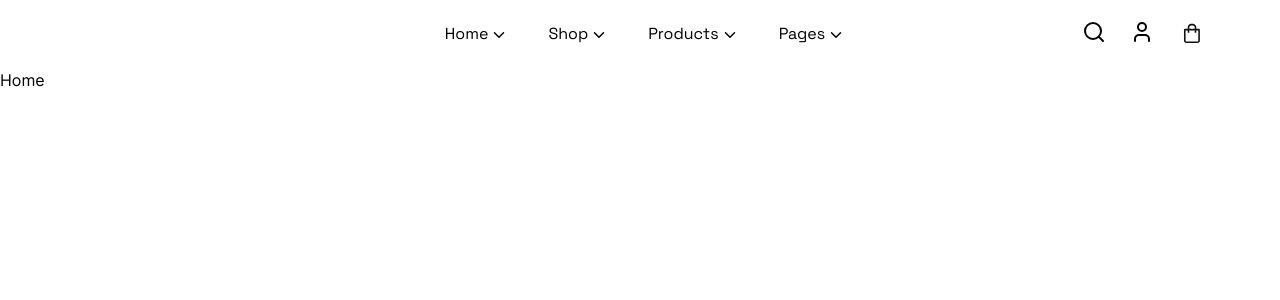
Repository: abdulmalikyusuf/HNG11-Stage02
Page: /
The author's editor kept a copy of each file at every save. The page is drawn from the files as they stood at one save, then again after the next save.
The browser window is 1280 px wide. The pictures show the whole page.
The project was rebuilt for these pictures with package versions that can differ from the ones it lists, and the page was loaded fresh each time. Also part of the build but not shown: vite.config.ts.

Above is the page before, as saved 2024-07-07 15:32:26.

### index.html
<!DOCTYPE html>
<html lang="en">
  <head>
    <meta charset="UTF-8" />
    <!-- <link rel="icon" type="image/svg+xml" href="/vite.svg" /> -->
    <meta name="viewport" content="width=device-width, initial-scale=1.0" />
    <title>Pearch E-Commerce App</title>
  </head>
  <body>
    <div id="root"></div>
    <script type="module" src="/src/main.tsx"></script>
  </body>
</html>

### src/App.tsx
import { createBrowserRouter, RouterProvider } from "react-router-dom";

import RootLayout from "@/routes/root";
import "./App.css";

const router = createBrowserRouter([
  {
    path: "/",
    element: <RootLayout />,
    // errorElement: <ErrorPage />,
    children: [
      {
        index: true,
        element: <p>Home</p>,
      },
      {
        path: "cart",
        element: <p>Cart</p>,
      },
      {
        path: "checkout",
        element: <p>Checkout</p>,
      },
    ],
  },
]);

function App() {
  return <RouterProvider router={router} />;
}

export default App;

### src/index.css
:root {
  font-family: Inter, system-ui, Avenir, Helvetica, Arial, sans-serif;
  line-height: 1.5;
  font-weight: 400;

  color-scheme: light dark;
  /* color: rgba(255, 255, 255, 0.87);
  background-color: #242424; */

  font-synthesis: none;
  text-rendering: optimizeLegibility;
  -webkit-font-smoothing: antialiased;
  -moz-osx-font-smoothing: grayscale;
}
@font-face {
  font-family: Inter;
  src: url(fonts/Inter.ttf) format("truetype");
}
@font-face {
  font-family: SpaceGrotesk;
  src: url(fonts/SpaceGrotesk.ttf) format("truetype");
}

### src/routes/root.tsx
import Header from "@/components/header";
import { Outlet } from "react-router-dom";

function RootLayout() {
  return (
    <>
      <Header />
      <Outlet />
      {/* <div className="flow-root">
        <Footer />
      </div> */}
    </>
  );
}

export default RootLayout;

### src/components/header.tsx
import { cn } from "@/lib/utils";
import { Icons } from "@/components/icons";
import { Link } from "react-router-dom";
import { CartButton } from "./cart-button";

function Header() {
  return (
    <header
      className={cn(
        "h-[46px] md:h-[68px] relative flex items-center justify-between px-4 md:px-[52px]",
        "bg-white border-transparent text-black-900 [--logo-fill:#121212]"
      )}
    >
      <div className="flex items-center justify-center gap-3 md:gap-6">
        <button type="button" className="md:hidden">
          <Icons.hamburgerMenu className="size-[26px] md:size-7" />
        </button>
        <Link to="/" className="w-[114px] md:w-[156px] h-[22px] md:h-[30px]">
          <span className=""></span>
        </Link>
      </div>
      <div className="hidden md:flex justify-center">
        <ul className="flex gap-10">
          {["Home", "Shop", "Products", "Pages"].map((menu) => (
            <li key={menu}>
              <span
                className={cn(
                  "flex items-center justify-center w-fit hover:border-b font-space-grotesk transition-colors focus-visible:outline-none focus-visible:ring-1 focus-visible:ring-ring disabled:pointer-events-none",
                  "gap-0.5 button-xs",
                  "text-black-900 hover:text-black-400 disabled:text-black-700"
                )}
              >
                {menu}{" "}
                <Icons.chevronDown
                  className="size-[18px] relative top-[1px] transition-transform duration-200 ease-in group-data-[state=open]:-rotate-180"
                  aria-hidden
                />
              </span>
            </li>
          ))}

          {/* <NavigationMenu.Link
                  className={cn(
                    "hover:border-b font-space-grotesk transition-colors focus-visible:outline-none focus-visible:ring-1 focus-visible:ring-ring disabled:pointer-events-none",
                    "gap-0.5 button-xs",
                    "text-black-900 hover:text-black-400 disabled:text-black-700"
                  )}
                  href="https://github.com/radix-ui"
                >
                  {menu.title}{" "}
                </NavigationMenu.Link> */}
        </ul>
      </div>
      <div className="flex gap-5 items-center">
        <button type="button" className="hidden md:inline-flex size-7">
          <Icons.search className="" />
        </button>
        <button className="hidden md:inline-flex size-7">
          <Icons.user className="" />
        </button>
        <CartButton numOfItems={2} />
      </div>
    </header>
  );
}

export default Header;

### src/lib/utils.ts
import { type ClassValue, clsx } from "clsx";
import { twMerge } from "tailwind-merge";

export function cn(...inputs: ClassValue[]) {
	return twMerge(clsx(inputs));
}
export function formatPrice(
	price: number | string,
	currency: "USD" | "EUR" | "GBP" | "BDT" = "USD",
	notation: "compact" | "engineering" | "scientific" | "standard" = "standard",
) {
	return new Intl.NumberFormat("en-US", {
		style: "currency",
		currency,
		notation,
	}).format(Number(price));
}

export function arrayRange(start: number, stop: number, step: number) {
	return Array.from(
		{ length: (stop - start) / step + 1 },
		(value, index) => start + index * step,
	);
}

### src/components/icons.tsx
import {
  Image,
  ArrowLeftRight,
  Banknote,
  Check,
  ChevronDown,
  Eye,
  Facebook,
  Heart,
  Instagram,
  Lock,
  type LucideIcon,
  type LucideProps,
  Mail,
  Menu,
  Phone,
  Play,
  Search,
  ShoppingBag,
  Star,
  Truck,
  Twitter,
  User,
  X,
  Plus,
  SlidersHorizontal,
  Barcode,
  Tally4,
  Tally3,
  Tally2,
  Tally1,
  Equal,
  Minus,
  Calendar,
  Ticket,
  Trash,
  PictureInPicture,
  LogOut,
  Pencil,
  ChevronRight,
  ChevronLeft,
  ChevronUp,
} from "lucide-react";

export type Icon = LucideIcon;

export const Icons = {
  chevronDown: ChevronDown,
  ChevronRight: ChevronRight,
  chevronLeft: ChevronLeft,
  chevronUp: ChevronUp,
  edit: Pencil,
  logOut: LogOut,
  picture: PictureInPicture,
  trashCan: Trash,
  coupon: Ticket,
  close: X,
  check: Check,
  search: Search,
  star: Star,
  user: User,
  play: Play,
  truck: Truck,
  money: Banknote,
  lock: Lock,
  phone: Phone,
  facebook: Facebook,
  instagram: Instagram,
  twitter: Twitter,
  mail: Mail,
  heart: Heart,
  eye: Eye,
  compare: ArrowLeftRight,
  shoppingBag: ShoppingBag,
  hamburgerMenu: Menu,
  placeholder: Image,
  plus: Plus,
  filter: SlidersHorizontal,
  tally5: Barcode,
  tally4: Tally4,
  tally3: Tally3,
  tally2: Tally2,
  tally1: Tally1,
  equal: Equal,
  minus: Minus,
  calendar: Calendar,
  "chevron-down": ChevronDown,
  cart: (props: LucideProps) => (
    <svg
      viewBox="0 0 28 28"
      fill="none"
      xmlns="http://www.w3.org/2000/svg"
      {...props}
    >
      <path
        fillRule="evenodd"
        clipRule="evenodd"
        d="M11.3075 7.0004C11.3075 6.82818 11.3947 6.4624 11.7486 6.13472C12.0904 5.81824 12.7518 5.47476 13.9998 5.47476C15.2478 5.47476 15.9093 5.81824 16.2511 6.13472C16.605 6.4624 16.6921 6.82818 16.6921 7.0004H18.3075C18.3075 6.39484 18.0447 5.59395 17.3486 4.94941C16.6404 4.29367 15.5518 3.85938 13.9998 3.85938C12.4478 3.85938 11.3593 4.29367 10.6511 4.94941C9.95497 5.59395 9.69214 6.39484 9.69214 7.0004H11.3075ZM11.3075 7.00042V8.82062H16.6921V7.00042H18.3075V8.82062H21.0819C21.5279 8.82062 21.8896 9.18224 21.8896 9.62831V20.6614C21.8896 21.2958 21.6355 21.9028 21.1853 22.3494C20.7353 22.7957 20.1264 23.0453 19.4929 23.0453H8.37006C7.73652 23.0453 7.12763 22.7957 6.67767 22.3494C6.2275 21.9028 5.97339 21.2958 5.97339 20.6614V9.62831C5.97339 9.18224 6.335 8.82062 6.78108 8.82062H9.69214V7.00042H11.3075ZM9.69214 12.8338V10.436H7.58877V20.6614C7.58877 20.8631 7.66948 21.0579 7.81529 21.2025C7.96131 21.3474 8.16075 21.4299 8.37006 21.4299H19.4929C19.7022 21.4299 19.9016 21.3474 20.0477 21.2025C20.1935 21.0579 20.2742 20.8631 20.2742 20.6614V10.436H18.3075V12.8338H16.6921V10.436H11.3075V12.8338H9.69214Z"
        fill="#121212"
      />
      <title className="sr-only">Cart</title>
    </svg>
  ),
  discount: (props: LucideProps) => (
    <svg
      width="23"
      height="22"
      viewBox="0 0 23 22"
      fill="none"
      xmlns="http://www.w3.org/2000/svg"
      {...props}
    >
      <path
        fillRule="evenodd"
        clipRule="evenodd"
        fill="currentColor"
        d="M3.69946 10.9523C3.69946 6.77568 7.08531 3.38983 11.262 3.38983C15.4386 3.38983 18.8245 6.77568 18.8245 10.9523C18.8245 15.129 15.4386 18.5148 11.262 18.5148C7.08531 18.5148 3.69946 15.129 3.69946 10.9523ZM11.262 2.01483C6.32592 2.01483 2.32446 6.01629 2.32446 10.9523C2.32446 15.8884 6.32592 19.8898 11.262 19.8898C16.198 19.8898 20.1995 15.8884 20.1995 10.9523C20.1995 6.01629 16.198 2.01483 11.262 2.01483ZM10.5834 8.70833C10.5834 9.46772 9.96781 10.0833 9.20841 10.0833C8.44902 10.0833 7.83341 9.46772 7.83341 8.70833C7.83341 7.94894 8.44902 7.33333 9.20841 7.33333C9.96781 7.33333 10.5834 7.94894 10.5834 8.70833ZM14.4981 8.68847C14.7666 8.41998 14.7666 7.98468 14.4981 7.71619C14.2296 7.44771 13.7943 7.44771 13.5258 7.71619L8.02583 13.2162C7.75734 13.4847 7.75734 13.92 8.02583 14.1885C8.29431 14.457 8.72961 14.457 8.9981 14.1885L14.4981 8.68847ZM13.7917 14.6667C14.5511 14.6667 15.1667 14.0511 15.1667 13.2917C15.1667 12.5323 14.5511 11.9167 13.7917 11.9167C13.0324 11.9167 12.4167 12.5323 12.4167 13.2917C12.4167 14.0511 13.0324 14.6667 13.7917 14.6667Z"
      />
      <title className="sr-only">Discount</title>
    </svg>
  ),
  arrowRight: (props: LucideProps) => (
    <svg
      width="32"
      height="32"
      viewBox="0 0 32 32"
      fill="none"
      xmlns="http://www.w3.org/2000/svg"
      {...props}
    >
      <path
        d="M6.66666 16H25.3333"
        stroke="currentColor"
        strokeWidth="2"
        strokeLinecap="round"
        strokeLinejoin="round"
      />
      <path
        d="M17.3333 24L25.3333 16"
        stroke="currentColor"
        strokeWidth="2"
        strokeLinecap="round"
        strokeLinejoin="round"
      />
      <path
        d="M17.3333 8L25.3333 16"
        stroke="currentColor"
        strokeWidth="2"
        strokeLinecap="round"
        strokeLinejoin="round"
      />
      <title className="sr-only">Chevron Right</title>
    </svg>
  ),
  metaLogo: (props: LucideProps) => (
    <svg
      width="25"
      height="16"
      viewBox="0 0 25 16"
      fill="none"
      xmlns="http://www.w3.org/2000/svg"
      {...props}
    >
      <path
        d="M3.05802 10.5514C3.05802 11.4712 3.25981 12.1773 3.52377 12.6045C3.86975 13.1641 4.38575 13.4016 4.91183 13.4016C5.59028 13.4016 6.21101 13.2332 7.40716 11.5788C8.3657 10.2527 9.49466 8.39145 10.2544 7.22456L11.5411 5.24764C12.4349 3.87471 13.4694 2.34851 14.6555 1.31399C15.6242 0.469568 16.6685 0.000488281 17.7197 0.000488281C19.4848 0.000488281 21.1659 1.0233 22.4526 2.94159C23.8607 5.04241 24.5442 7.68869 24.5442 10.4194C24.5442 12.0429 24.2243 13.2357 23.6797 14.1781C23.1537 15.0894 22.1284 16 20.4036 16V13.4012C21.8805 13.4012 22.249 12.0441 22.249 10.4911C22.249 8.27794 21.733 5.82196 20.5963 4.06702C19.7897 2.82223 18.7443 2.06165 17.5941 2.06165C16.3501 2.06165 15.3491 3.00001 14.2241 4.67262C13.626 5.56144 13.012 6.64449 12.3226 7.86668L11.5636 9.21116C10.0392 11.9147 9.65297 12.5302 8.89068 13.5461C7.55468 15.3251 6.41371 15.9996 4.91183 15.9996C3.13006 15.9996 2.00342 15.2281 1.3056 14.0654C0.73603 13.1181 0.456238 11.8749 0.456238 10.4585L3.05802 10.5514Z"
        fill="#0081FB"
      />
      <path
        d="M2.50728 3.12454C3.70011 1.28586 5.42154 0 7.39593 0C8.53932 0 9.67625 0.338415 10.863 1.30765C12.1614 2.36709 13.5452 4.11264 15.2717 6.98827L15.8907 8.01996C17.3851 10.5095 18.2353 11.7904 18.7329 12.3943C19.3728 13.1699 19.821 13.4012 20.4032 13.4012C21.8801 13.4012 22.2486 12.0441 22.2486 10.4911L24.5438 10.419C24.5438 12.0425 24.2239 13.2353 23.6793 14.1777C23.1533 15.089 22.128 15.9997 20.4032 15.9997C19.331 15.9997 18.3811 15.7668 17.3306 14.7758C16.5234 14.0152 15.579 12.664 14.8528 11.4494L12.6924 7.84076C11.6086 6.02973 10.6139 4.67939 10.0388 4.06784C9.41966 3.41019 8.62387 2.61611 7.35396 2.61611C6.3262 2.61611 5.45332 3.33734 4.72292 4.44057L2.50728 3.12454Z"
        fill="url(#paint0_linear_227_58183)"
      />
      <path
        d="M7.35439 2.61611C6.32664 2.61611 5.45376 3.33734 4.72335 4.44057C3.69045 5.99946 3.05852 8.32144 3.05852 10.5513C3.05852 11.4711 3.26032 12.1772 3.52427 12.6044L1.3056 14.0653C0.73603 13.118 0.456238 11.8748 0.456238 10.4584C0.456238 7.88253 1.16324 5.19781 2.50771 3.12454C3.70054 1.28586 5.42198 0 7.39637 0L7.35439 2.61611Z"
        fill="url(#paint1_linear_227_58183)"
      />
      <defs>
        <linearGradient
          id="paint0_linear_227_58183"
          x1="5.67752"
          y1="7.58518"
          x2="22.2633"
          y2="8.42285"
          gradientUnits="userSpaceOnUse"
        >
          <stop stopColor="#0064E1" />
          <stop offset="0.4" stopColor="#0064E1" />
          <stop offset="0.83" stopColor="#0073EE" />
          <stop offset="1" stopColor="#0082FB" />
        </linearGradient>
        <linearGradient
          id="paint1_linear_227_58183"
          x1="3.92625"
          y1="11.6436"
          x2="3.92625"
          y2="5.52866"
          gradientUnits="userSpaceOnUse"
        >
          <stop stopColor="#0082FB" />
          <stop offset="1" stopColor="#0064E0" />
        </linearGradient>
      </defs>
      <title className="sr-only">Meta Logo</title>
    </svg>
  ),
  googleLogo: (props: LucideProps) => (
    <svg
      width="20"
      height="20"
      viewBox="0 0 20 20"
      fill="none"
      xmlns="http://www.w3.org/2000/svg"
      {...props}
    >
      <path
        d="M20 10.2252C20 9.56683 19.9404 8.94183 19.8382 8.3335H10.2171V12.0918H15.7258C15.4789 13.3252 14.7552 14.3668 13.6824 15.0752V17.5752H16.9689C18.8931 15.8335 20 13.2668 20 10.2252Z"
        fill="#4285F4"
      />
      <path
        d="M10.2171 19.9999C12.9757 19.9999 15.2831 19.0999 16.9689 17.5749L13.6824 15.0749C12.7629 15.6749 11.5964 16.0415 10.2171 16.0415C7.55215 16.0415 5.29587 14.2832 4.48702 11.9082H1.09834V14.4832C2.77565 17.7499 6.22393 19.9999 10.2171 19.9999Z"
        fill="#34A853"
      />
      <path
        d="M4.48702 11.9083C4.27416 11.3083 4.16347 10.6666 4.16347 9.99993C4.16347 9.33327 4.28267 8.6916 4.48702 8.0916V5.5166H1.09834C0.40017 6.8666 0 8.38327 0 9.99993C0 11.6166 0.40017 13.1333 1.09834 14.4833L4.48702 11.9083Z"
        fill="#FBBC05"
      />
      <path
        d="M10.2171 3.95833C11.7241 3.95833 13.0694 4.46667 14.1337 5.45833L17.0456 2.60833C15.2831 0.991667 12.9757 0 10.2171 0C6.22393 0 2.77565 2.25 1.09834 5.51667L4.48702 8.09167C5.29587 5.71667 7.55215 3.95833 10.2171 3.95833Z"
        fill="#EA4335"
      />
      <title className="sr-only">Google Logo</title>
    </svg>
  ),
  payPalLogo: (props: LucideProps) => (
    <svg
      width="84"
      height="22"
      viewBox="0 0 84 22"
      fill="none"
      xmlns="http://www.w3.org/2000/svg"
      {...props}
    >
      <path
        d="M10.553 0.0615236H4.21197C4.00205 0.0613903 3.79898 0.136766 3.63935 0.274068C3.47973 0.411371 3.37404 0.601573 3.34134 0.810403L0.776752 17.1858C0.764962 17.2618 0.769665 17.3395 0.790536 17.4135C0.811406 17.4874 0.847948 17.556 0.897648 17.6144C0.947347 17.6728 1.00902 17.7196 1.07843 17.7517C1.14783 17.7838 1.22332 17.8004 1.29968 17.8002H4.32694C4.53699 17.8003 4.74017 17.7248 4.89981 17.5874C5.05946 17.4499 5.16506 17.2594 5.19756 17.0504L5.88924 12.6337C5.92172 12.4249 6.02718 12.2346 6.18664 12.0971C6.34609 11.9596 6.54904 11.884 6.75894 11.8839H8.76629C12.9433 11.8839 15.3539 9.84831 15.9835 5.81445C16.2672 4.04963 15.9955 2.66299 15.175 1.69188C14.2738 0.625517 12.6753 0.0615236 10.553 0.0615236ZM11.2845 6.04229C10.9378 8.33374 9.19928 8.33374 7.5183 8.33374H6.56145L7.23273 4.0543C7.25238 3.9291 7.31575 3.81507 7.41145 3.73274C7.50714 3.6504 7.62887 3.60516 7.75473 3.60516H8.19329C9.33836 3.60516 10.4185 3.60516 10.9767 4.26253C11.3096 4.65471 11.4115 5.23738 11.2845 6.04229ZM29.5074 5.96852H26.4709C26.345 5.96852 26.2233 6.01376 26.1276 6.0961C26.0319 6.17843 25.9685 6.29246 25.9489 6.41766L25.8144 7.27299L25.6021 6.96298C24.9447 6.00213 23.4788 5.68092 22.0157 5.68092C18.6603 5.68092 15.7943 8.24037 15.2362 11.8307C14.946 13.6217 15.3586 15.3342 16.3673 16.5285C17.2927 17.6266 18.6167 18.0841 20.192 18.0841C22.8956 18.0841 24.3949 16.3333 24.3949 16.3333L24.2595 17.183C24.2475 17.259 24.2519 17.3367 24.2725 17.4108C24.2931 17.4849 24.3295 17.5536 24.379 17.6121C24.4285 17.6707 24.4901 17.7178 24.5594 17.7501C24.6287 17.7824 24.7042 17.7992 24.7806 17.7993H27.5158C27.7258 17.7994 27.929 17.7239 28.0887 17.5864C28.2483 17.4489 28.3539 17.2585 28.3864 17.0495L30.0275 6.58293C30.0396 6.50713 30.0352 6.42959 30.0146 6.35567C29.994 6.28175 29.9578 6.21321 29.9083 6.15479C29.8588 6.09637 29.7974 6.04946 29.7282 6.0173C29.6589 5.98514 29.5836 5.96849 29.5074 5.96852ZM25.2748 11.9203C24.9818 13.6674 23.6049 14.8402 21.8488 14.8402C20.9671 14.8402 20.2624 14.5554 19.81 14.0157C19.3612 13.4797 19.1906 12.7168 19.3334 11.8671C19.6069 10.135 21.007 8.92388 22.7362 8.92388C23.5984 8.92388 24.2994 9.21242 24.7611 9.7568C25.2238 10.3068 25.4074 11.0743 25.2748 11.9203ZM45.6793 5.96852H42.6279C42.484 5.96875 42.3424 6.00433 42.2152 6.07219C42.0881 6.14004 41.9793 6.23811 41.8983 6.3579L37.6898 12.601L35.9059 6.60161C35.8511 6.41863 35.7393 6.25826 35.587 6.14424C35.4347 6.03022 35.25 5.96861 35.0603 5.96852H32.0618C31.9776 5.96829 31.8946 5.98832 31.8197 6.02692C31.7447 6.06553 31.68 6.12161 31.631 6.19048C31.5819 6.25935 31.5499 6.33903 31.5376 6.42289C31.5252 6.50674 31.533 6.59235 31.5602 6.67258L34.9212 16.606L31.7614 21.0983C31.7052 21.178 31.6719 21.2716 31.6651 21.3691C31.6583 21.4665 31.6782 21.564 31.7227 21.6508C31.7673 21.7375 31.8346 21.8103 31.9175 21.8611C32.0004 21.9119 32.0955 21.9387 32.1925 21.9387H35.2401C35.3824 21.9389 35.5227 21.9043 35.6488 21.838C35.7749 21.7716 35.8832 21.6755 35.9643 21.5577L46.1132 6.80424C46.1682 6.72442 46.2005 6.63096 46.2065 6.53399C46.2125 6.43701 46.1921 6.34023 46.1474 6.25413C46.1027 6.16803 46.0354 6.0959 45.9529 6.04555C45.8704 5.9952 45.7758 5.96856 45.6793 5.96852Z"
        fill="#253B80"
      />
      <path
        d="M56.1861 0.0624388H49.7169C49.5029 0.0625262 49.296 0.136522 49.1334 0.271112C48.9707 0.405702 48.8631 0.592051 48.8297 0.79663L46.2137 16.8509C46.2015 16.9252 46.2062 17.0013 46.2273 17.0738C46.2484 17.1462 46.2855 17.2134 46.336 17.2707C46.3865 17.3279 46.4493 17.3739 46.5199 17.4054C46.5906 17.4369 46.6674 17.4532 46.7452 17.4532H50.0649C50.2147 17.453 50.3595 17.4011 50.4732 17.3068C50.5869 17.2125 50.6622 17.082 50.6854 16.9388L51.4278 12.3881C51.4609 12.1833 51.5685 11.9967 51.7312 11.862C51.8938 11.7272 52.1009 11.6531 52.315 11.653H54.3617C58.6234 11.653 61.0815 9.65727 61.7246 5.70253C62.015 3.97233 61.736 2.61288 60.8989 1.66081C59.9806 0.615371 58.351 0.0624388 56.1861 0.0624388ZM56.9323 5.9259C56.5795 8.17241 54.8062 8.17241 53.0905 8.17241H52.1154L52.8011 3.9769C52.8208 3.85415 52.8852 3.74227 52.9827 3.6615C53.0802 3.58074 53.2043 3.53642 53.3326 3.53657H53.78C54.9471 3.53657 56.0499 3.53657 56.6192 4.18105C56.9588 4.56554 57.0619 5.13678 56.9323 5.9259ZM75.5199 5.85358H72.4243C72.2959 5.85323 72.1717 5.89749 72.0741 5.97829C71.9766 6.05909 71.9122 6.17108 71.8928 6.29391L71.7556 7.13246L71.5381 6.82853C70.8675 5.88653 69.3732 5.57162 67.8807 5.57162C64.4579 5.57162 61.5354 8.08087 60.9661 11.6008C60.671 13.3566 61.09 15.0355 62.119 16.2064C63.0648 17.283 64.4135 17.7315 66.0204 17.7315C68.7783 17.7315 70.3076 16.0151 70.3076 16.0151L70.1695 16.8481C70.1572 16.9228 70.1618 16.9991 70.1829 17.0719C70.2041 17.1446 70.2413 17.2121 70.292 17.2695C70.3428 17.327 70.4058 17.3731 70.4767 17.4046C70.5477 17.4362 70.6249 17.4525 70.703 17.4523H73.4921C73.7062 17.4522 73.9132 17.3781 74.0759 17.2433C74.2385 17.1085 74.3461 16.922 74.3792 16.7172L76.0542 6.45594C76.0661 6.38139 76.0612 6.30524 76.0398 6.23271C76.0184 6.16018 75.981 6.093 75.9302 6.03577C75.8795 5.97854 75.8165 5.93262 75.7457 5.90118C75.6748 5.86973 75.5978 5.85349 75.5199 5.85358ZM71.2024 11.6887C70.9054 13.4015 69.499 14.5513 67.7077 14.5513C66.8101 14.5513 66.0894 14.2721 65.6279 13.7429C65.1701 13.2175 64.998 12.4695 65.1417 11.6365C65.4226 9.93832 66.8489 8.75098 68.6128 8.75098C69.4924 8.75098 70.2074 9.03385 70.6784 9.56756C71.1522 10.1068 71.3395 10.8593 71.2024 11.6887ZM79.1716 0.50277L76.5167 16.8509C76.5046 16.9252 76.5092 17.0013 76.5303 17.0738C76.5514 17.1462 76.5885 17.2134 76.6391 17.2707C76.6896 17.3279 76.7523 17.3739 76.823 17.4054C76.8936 17.4369 76.9705 17.4532 77.0483 17.4532H79.7173C80.1609 17.4532 80.5373 17.142 80.6054 16.7181L83.2233 0.664805C83.2355 0.590392 83.2308 0.514313 83.2097 0.4418C83.1886 0.369287 83.1515 0.302058 83.101 0.244735C83.0505 0.187412 82.9878 0.141354 82.9171 0.109728C82.8465 0.0781016 82.7696 0.0616568 82.6918 0.0615234H79.7031C79.5748 0.0619632 79.4508 0.106608 79.3534 0.187461C79.256 0.268314 79.1916 0.380092 79.1716 0.50277Z"
        fill="#179BD7"
      />
      <title className="sr-only">PayPal Logo</title>
    </svg>
  ),
  googlePayLogo: (props: LucideProps) => (
    <svg
      width="58"
      height="24"
      viewBox="0 0 58 24"
      fill="none"
      xmlns="http://www.w3.org/2000/svg"
      {...props}
    >
      <path
        fillRule="evenodd"
        clipRule="evenodd"
        d="M26.808 18.7139V11.7323H30.3318C31.7758 11.7323 32.9945 11.2375 33.9881 10.2618L34.2266 10.0144C36.0414 7.99413 35.9222 4.84692 33.9881 2.97783C33.021 1.98831 31.6963 1.45233 30.3318 1.47981H24.6752V18.7139H26.808ZM26.8083 9.61569V3.59612H30.3857C31.1541 3.59612 31.8828 3.89848 32.4261 4.44821C33.5788 5.60264 33.6053 7.5267 32.4923 8.72237C31.9491 9.31333 31.1806 9.64317 30.3857 9.61569H26.8083Z"
        fill="#3C4043"
      />
      <path
        fillRule="evenodd"
        clipRule="evenodd"
        d="M44.1754 7.84285C43.2613 6.97702 42.0161 6.53723 40.4396 6.53723C38.4128 6.53723 36.8893 7.30686 35.8825 8.83236L37.7637 10.0555C38.4525 9.01103 39.3931 8.48878 40.5854 8.48878C41.3405 8.48878 42.0691 8.77739 42.6387 9.29963C43.1951 9.79439 43.513 10.509 43.513 11.2649V11.7734C42.6917 11.3062 41.6584 11.0588 40.3867 11.0588C38.9029 11.0588 37.7107 11.4161 36.8231 12.1445C35.9355 12.8729 35.4851 13.8349 35.4851 15.0581C35.4586 16.1713 35.9223 17.2295 36.7436 17.9442C37.5782 18.7138 38.638 19.0986 39.8833 19.0986C41.3537 19.0986 42.5195 18.4252 43.4071 17.0783H43.4998V18.7138H45.5399V11.4436C45.5399 9.91808 45.0895 8.70867 44.1754 7.84285ZM38.3867 16.5424C37.9494 16.2126 37.6844 15.6766 37.6844 15.0994C37.6844 14.4534 37.9759 13.9174 38.5457 13.4914C39.1286 13.0654 39.8574 12.8455 40.7186 12.8455C41.911 12.8317 42.8385 13.1066 43.501 13.6563C43.501 14.5909 43.1432 15.4017 42.441 16.0889C41.805 16.7486 40.9438 17.1196 40.0429 17.1196C39.4466 17.1334 38.8636 16.9272 38.3867 16.5424Z"
        fill="#3C4043"
      />
      <path
        d="M50.1236 23.895L57.2507 6.92203H54.9324L51.6338 15.3879H51.594L48.2159 6.92203H45.8976L50.574 17.9579L47.9245 23.895H50.1236Z"
        fill="#3C4043"
      />
      <path
        d="M19.4447 10.2206C19.4447 9.54718 19.3917 8.87376 19.2857 8.21408H10.2907V12.021H15.444C15.232 13.2441 14.5431 14.3436 13.5363 15.0308V17.5045H16.6097C18.4114 15.7866 19.4447 13.2441 19.4447 10.2206Z"
        fill="#4285F4"
      />
      <path
        d="M10.2911 19.896C12.8611 19.896 15.0333 19.0163 16.6097 17.5045L13.5363 15.0308C12.6752 15.6355 11.5761 15.9791 10.2911 15.9791C7.80056 15.9791 5.69422 14.2337 4.93912 11.8974H1.77298V14.4536C3.38917 17.7932 6.68778 19.896 10.2911 19.896Z"
        fill="#34A853"
      />
      <path
        d="M4.93912 11.8974C4.54163 10.6742 4.54201 9.34106 4.93949 8.10417V5.56166H1.77286C0.408153 8.35155 0.408153 11.6499 1.77286 14.4398L4.93912 11.8974Z"
        fill="#FBBC04"
      />
      <path
        d="M10.2911 4.02242C11.6556 3.99493 12.9671 4.53092 13.9474 5.50669L16.6763 2.67557C14.9409 0.998892 12.6624 0.078092 10.2911 0.105579C6.68777 0.105579 3.38904 2.22204 1.77286 5.56166L4.93912 8.11792C5.69422 5.76781 7.80056 4.02242 10.2911 4.02242Z"
        fill="#EA4335"
      />
      <title className="sr-only">Google Pay Logo</title>
    </svg>
  ),
};

### src/components/cart-button.tsx
import { forwardRef, type ButtonHTMLAttributes } from "react";
import { Slot } from "@radix-ui/react-slot";

import { cn } from "@/lib/utils";
import { Icons } from "@/components/icons";

export interface CartButtonProps
  extends ButtonHTMLAttributes<HTMLButtonElement> {
  numOfItems: number;
  asChild?: boolean;
}

const CartButton = forwardRef<HTMLButtonElement, CartButtonProps>(
  ({ numOfItems, asChild, ...props }, ref) => {
    const Comp = asChild ? Slot : "button";
    return (
      <Comp
        ref={ref}
        {...props}
        type="button"
        className="inline-flex items-center gap-0.5 w-[50px] h-[26px] sm:h-7"
      >
        <Icons.cart className="size-[26px] sm:size-7 text-[var(--icon-colour)]" />
        <span
          className={cn(
            "inline-flex items-center justify-center size-5 rounded-full text-xs leading-[10px] font-inter font-bold",
            "bg-black-900 text-white [--icon-colour:var(--black-900)]"
          )}
        >
          {numOfItems}
        </span>
      </Comp>
    );
  }
);

CartButton.displayName = "CartButton";

export { CartButton };

### tailwind.config.ts
import { Config } from "tailwindcss";

export default {
  content: ["./index.html", "./src/**/*.{js,ts,jsx,tsx}"],
  theme: {
    fontFamily: {
      "space-grotesk": ["SpaceGrotesk"],
      inter: ["Inter"],
    },
    extend: {
      padding: {
        13: "52px",
      },
      colors: {
        primary: "#905125",
      },
    },
  },
  plugins: [],
} satisfies Config;

Loaded but not shown: src/main.tsx (common file); src/App.css (common file)

After the next save:
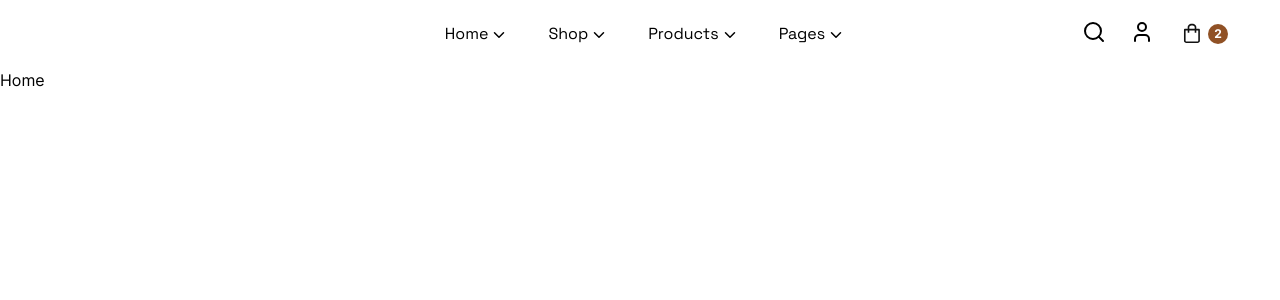
Saved 8 s later.
--- a/src/components/cart-button.tsx
+++ b/src/components/cart-button.tsx
@@ -24,7 +24,7 @@
         <span
           className={cn(
             "inline-flex items-center justify-center size-5 rounded-full text-xs leading-[10px] font-inter font-bold",
-            "bg-black-900 text-white [--icon-colour:var(--black-900)]"
+            "bg-primary text-white [--icon-colour:var(--black-900)]"
           )}
         >
           {numOfItems}
